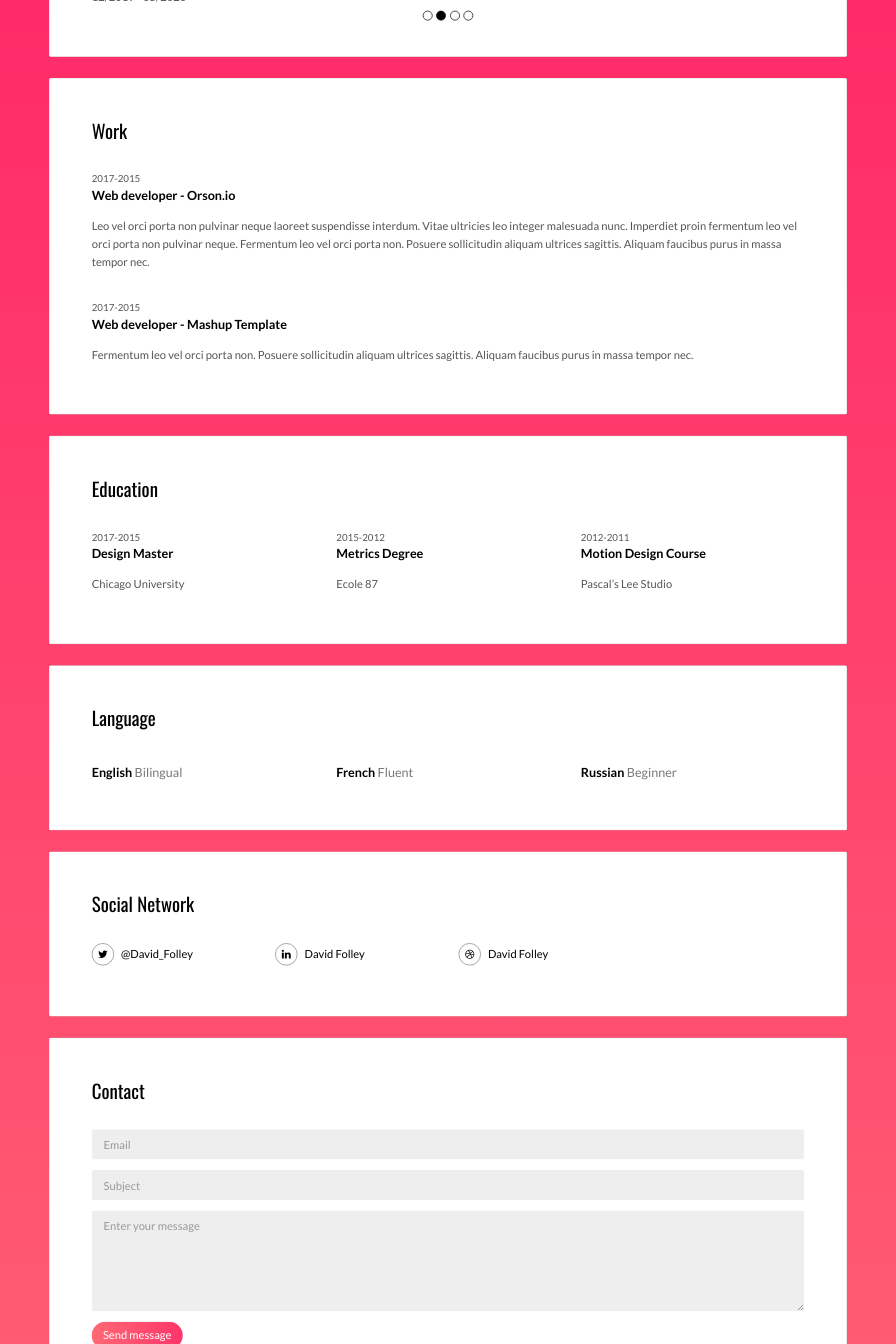
Repository: Ankit-singh7/work_with_ankit.github.io
Page: index.html
The author's editor kept a copy of each file at every save. The page is drawn from the files as they stood at one save, then again after the next save.
The browser window is 1280 px wide. The pictures show the part of the page from y = 1705 to 3625 px (the page is 4202 px tall before and 4119 px after), at 70% of full size.
A picture or video elsewhere on the page could not be fetched, so the positions and the page height are approximate.

Above is the page before, as saved 2021-03-03 19:31:05.

After the next save:
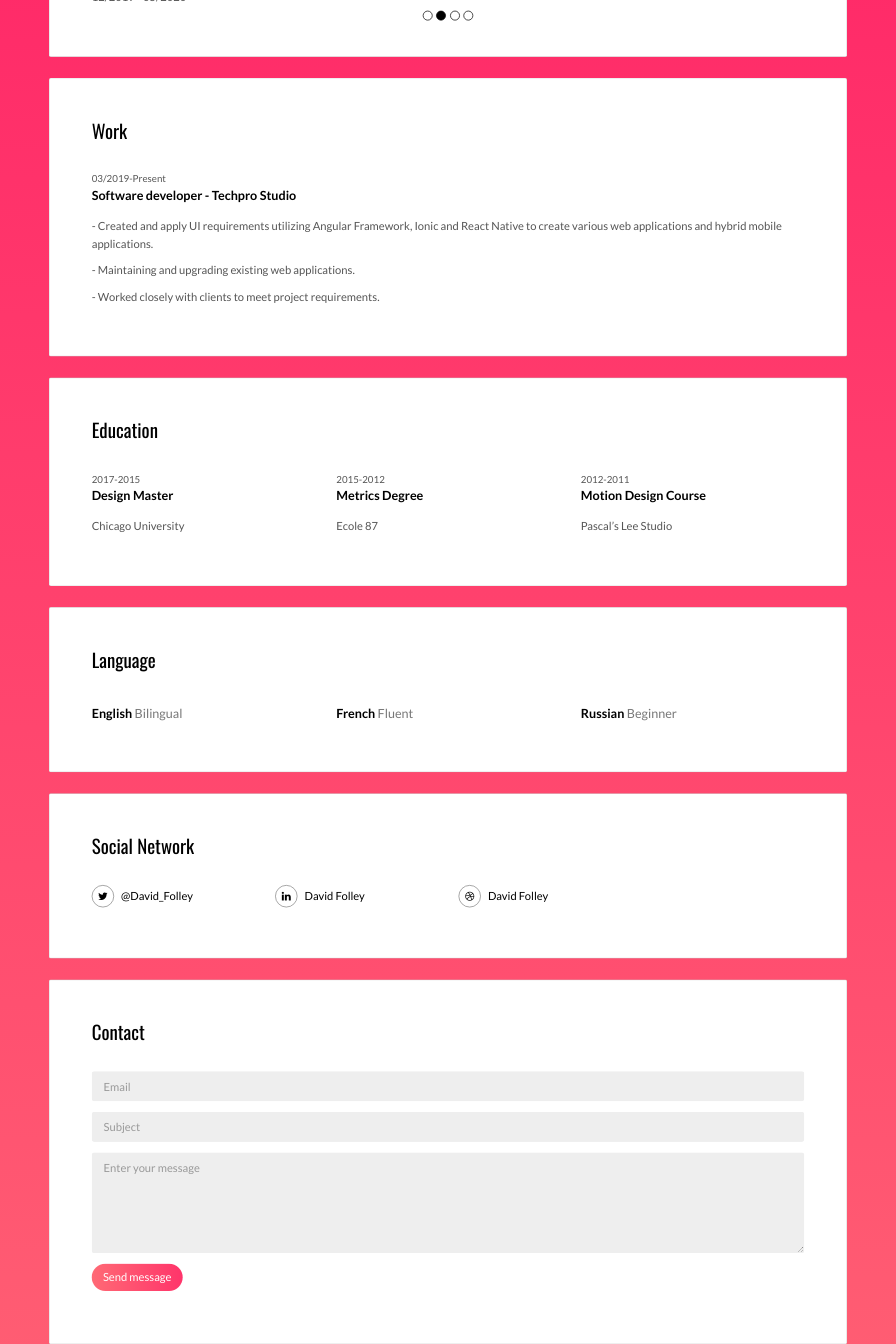
Saved 4 min 4 s later.
--- a/index.html
+++ b/index.html
@@ -159,19 +159,16 @@
           <div class="card-block">
             <h2>Work</h2>
             <div class="work-experience">
-              <small class="date">2017-2015</small>
-              <h3 class="h5 date-title">Web developer - <a href="http://en.orson.io" title="Create professionnal website">Orson.io</a></h3>
-
-
-              <p>Leo vel orci porta non pulvinar neque laoreet suspendisse interdum. Vitae ultricies leo integer malesuada nunc. Imperdiet proin fermentum leo vel orci porta non pulvinar neque. Fermentum leo vel orci porta non. Posuere sollicitudin aliquam ultrices sagittis. Aliquam faucibus purus in massa tempor nec.</p>
-            </div>
-
-            <div class="work-experience">
-              <small class="date">2017-2015</small>
-              <h3 class="h5 date-title">Web developer - <a href="http://mashup-template.com" title="">Mashup Template</a></h3>
-
-              <p>Fermentum leo vel orci porta non. Posuere sollicitudin aliquam ultrices sagittis. Aliquam faucibus purus in massa tempor nec.</p>
-            </div>
+              <small class="date">03/2019-Present</small>
+              <h3 class="h5 date-title">Software developer - <a href="http://en.orson.io" title="Create professionnal website">Techpro Studio</a></h3>
+
+
+              <p>- Created and apply UI requirements utilizing Angular Framework, Ionic and React Native to create various web applications and hybrid mobile applications.</p>
+              <p>- Maintaining and upgrading existing web applications.</p>
+              <p>- Worked closely with clients to meet project requirements.</p>
+            </div>
+
+
           </div>
         </div>
 
